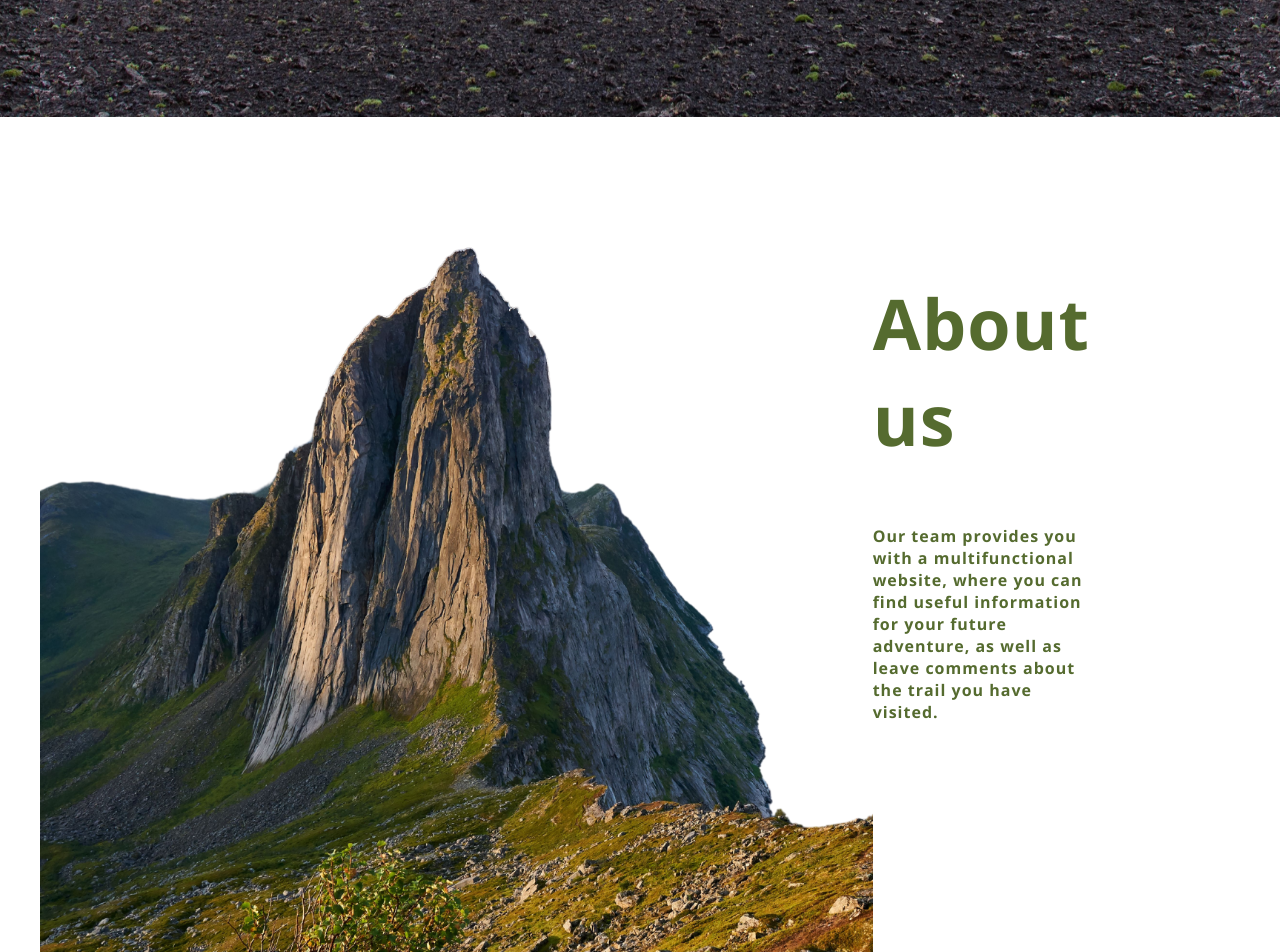
Repository: artembundin/travelrus.github.io
Page: index.html
The author's editor kept a copy of each file at every save. The page is drawn from the files as they stood at one save, then again after a run of saves.
The browser window is 1280 px wide. The pictures show the part of the page from y = 2583 to 3535 px (the page is 4792 px tall).
A picture or video elsewhere on the page could not be fetched, so the positions and the page height are approximate. An inner scrolling area shows only its first screen. Backgrounds fixed to the window are drawn as part of the page. Some web fonts or font styles are not loaded; a fallback is used.

Above is the page before, as saved 2025-05-08 01:24:19.
Console error: TypeError: Cannot read properties of null (reading 'offsetTop')

After the next 2 saves:
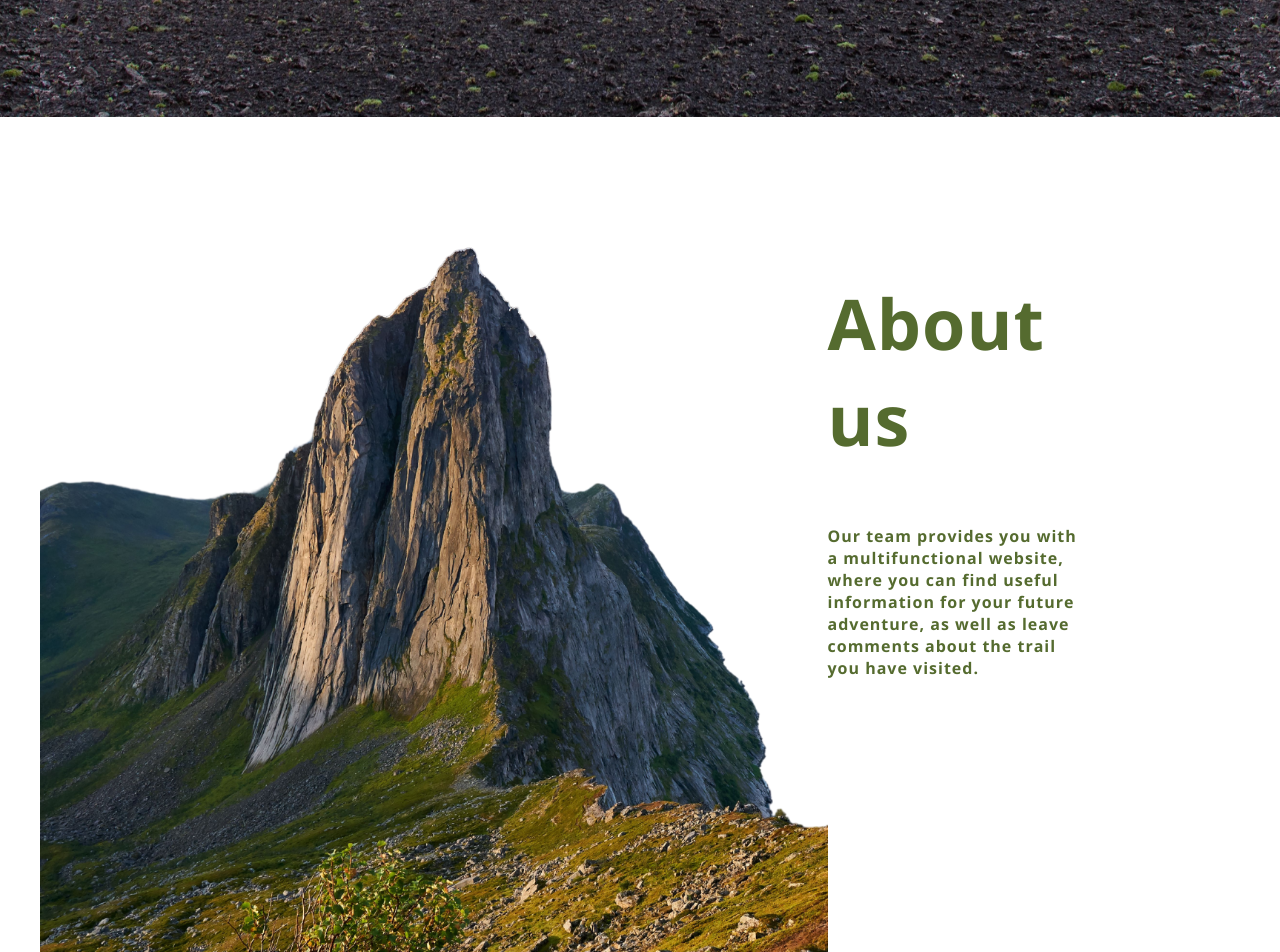
The 2 saves are shown as one change because they came seconds apart.
The last was saved 3 min 11 s later.
--- a/style.css
+++ b/style.css
@@ -408,7 +408,7 @@ a {
   background-image: url(images/goraaa.png);
   background-size: cover;
   background-repeat: no-repeat;
-  width: 1800px;
+  width: 1200px;
   height: 800px;
 }
 
